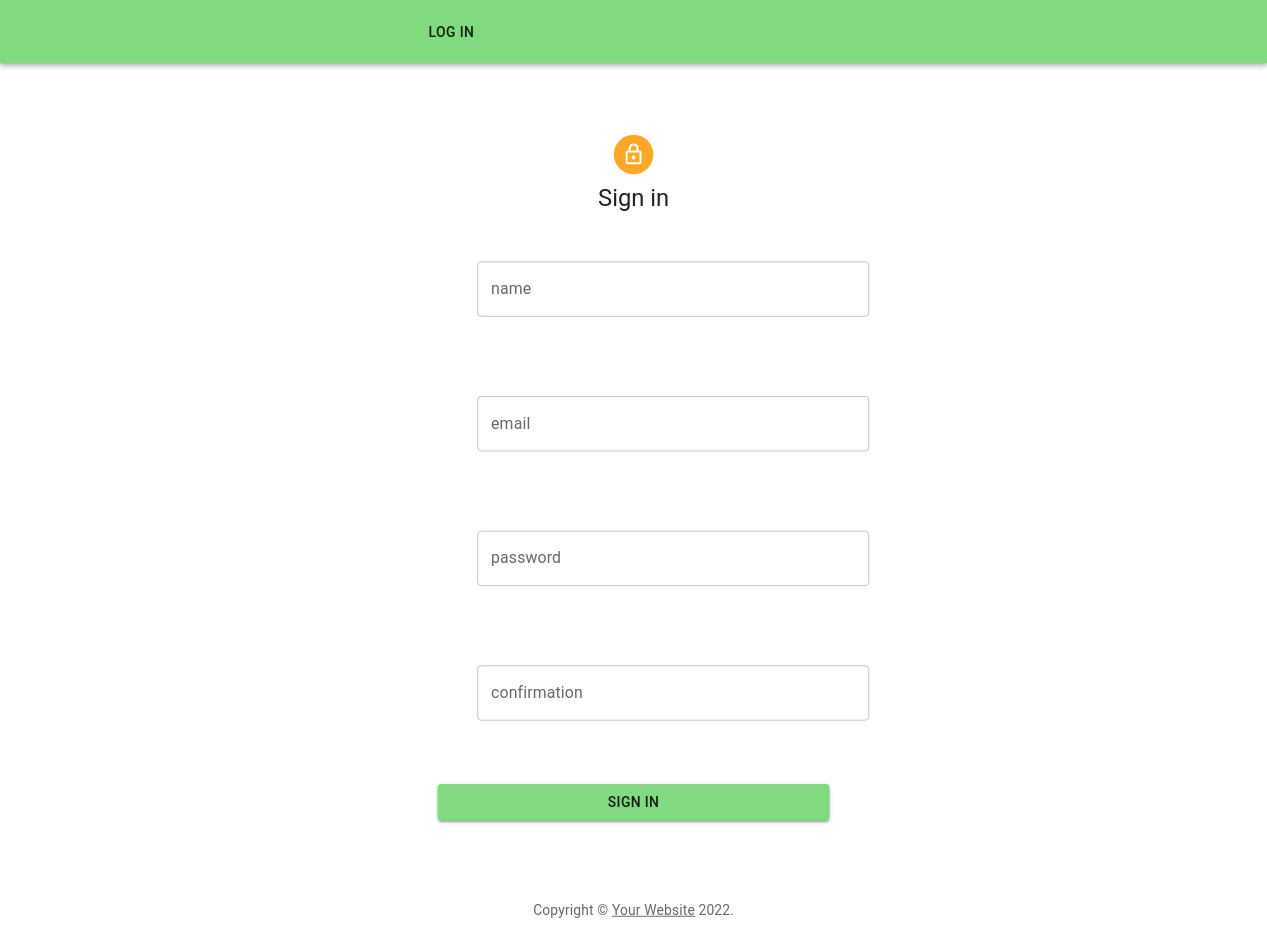
Repository: motohiro0410/motsufood
Page: /signin (app in frontend/)
An editor plug-in stored every save of this project. The page is shown before and after the next save, followed by the edit.
The browser window is 1280 px wide. The pictures show the whole page, at 99% of full size.
The project was rebuilt for these pictures with package versions that can differ from the ones it lists, and the page was loaded fresh each time. Also part of the build but not shown: frontend/src/components/pages/Login.tsx, frontend/src/components/organisms/Footer.tsx, frontend/src/components/organisms/MainHeader.tsx, frontend/src/components/organisms/UserDetailModal.tsx, frontend/src/apis/useCreateCount.ts, frontend/src/components/pages/Count.tsx, frontend/src/components/pages/Money.tsx, frontend/src/components/organisms/GroupHeader.tsx and 8 more.

Above is the page before, as saved 2022-08-21 23:42:09.

### frontend/src/App.tsx
import { BrowserRouter } from "react-router-dom";

import { Router } from "./router/Router";
import { ThemeProvider } from '@mui/system';
import { theme } from './theme/theme';

import { AdapterDateFns } from '@mui/x-date-pickers/AdapterDateFns';
import { LocalizationProvider } from '@mui/x-date-pickers/LocalizationProvider';
import { HeaderProvider } from "./providers/HeaderProvider"

function App() {
  return (
    <LocalizationProvider dateAdapter={AdapterDateFns}>
      <ThemeProvider theme={theme}>
        <HeaderProvider>
          <BrowserRouter>
            <Router />
          </BrowserRouter>
        </HeaderProvider>
      </ThemeProvider>
    </LocalizationProvider>
  );
}

export default App;

### frontend/src/router/Router.tsx
import { FC, memo } from "react";
import { Switch, Route } from "react-router-dom";

import { Login } from "../components/pages/Login";
import { Count } from "../components/pages/Count";
import { Money } from "../components/pages/Money";
import { Users } from "../components/pages/Users";
import { SignIn } from "../components/pages/SignIn";
import { Page404 } from "../components/pages/Page404";
import { UserEdit } from "../components/pages/UserEdit"
import { InputFoodExpence } from "../components/pages/InputFoodExpence"

export const Router: FC = memo(() => {
  return (
    <Switch>
      <Route exact path="/">
        <Login />
      </Route>
      <Route path="/signin">
        <SignIn />
      </Route>
      <Route path="/users"
        render={({match})=>(
          <Switch>
            <Route exact path="/users" component={Users} />
            <Route path="/users/:id/edit" component={UserEdit} />
            <Route path="/users/:userId/count" component={Count} />
            <Route path="/users/:userId/money" component={Money} />
            <Route path="/users/:userId/input" component={InputFoodExpence} />
          </Switch>
        )}
      />
      <Route path="*">
        <Page404 />
      </Route>
    </Switch>
  )
})

### frontend/src/theme/theme.ts
import { createTheme } from "@mui/material"

export const theme = createTheme({
  palette: {
    primary: {
      main: "#81da7f"
    }
  }
});

### frontend/src/providers/HeaderProvider.tsx
import { createContext } from "react";

export const HeaderContext = createContext<Context[]>({} as Context[]);

export type Context = {
  title: string;
}

export const HeaderProvider = (props: any) => {
  const { children } = props;
  const contextName: Context[] = [
    {title: "ホーム"},
    {title: "食費入力"},
    {title: "支払い"},
    {title: "ユーザー編集"},
  ]



  return (
    <HeaderContext.Provider value={contextName}>
      {children}
    </HeaderContext.Provider>
  )
}

### frontend/src/components/pages/SignIn.tsx
import { useState } from 'react';

import Box from '@mui/material/Box';
import Button from '@mui/material/Button';
import Avatar from '@mui/material/Avatar';
import CssBaseline from '@mui/material/CssBaseline';
import TextField from '@mui/material/TextField';
import Link from '@mui/material/Link';
import LockOutlinedIcon from '@mui/icons-material/LockOutlined';
import Typography from '@mui/material/Typography';
import Container from '@mui/material/Container';
import InputLabel from '@mui/material/InputLabel';
import FormControl from '@mui/material/FormControl';
import OutlinedInput from '@mui/material/OutlinedInput';
import InputAdornment from '@mui/material/InputAdornment';

import { SignInHeader } from '../organisms/SignInHeader';
import { useCreateUser } from '../../apis/useCreateUser';

function Copyright(props: any) {
  return (
    <Typography variant="body2" color="text.secondary" align="center" {...props}>
      {'Copyright © '}
      <Link color="inherit" href="https://mui.com/">
        Your Website
      </Link>{' '}
      {new Date().getFullYear()}
      {'.'}
    </Typography>
  );
}

export const SignIn = () => {

  // ヘッダーボタンの出しわけ
  const [login, setLogin] = useState(false);

  const { handleSubmit, createUser } = useCreateUser();

  return (
      <>
        <SignInHeader login={login}/>
        <Container component="main" maxWidth="xs">
          <CssBaseline />
          <Box
            sx={{
              marginTop: 8,
              display: 'flex',
              flexDirection: 'column',
              alignItems: 'center',
            }}
          >
            <Avatar sx={{ m: 1, bgcolor: '#ffa726' }}>
              <LockOutlinedIcon />
            </Avatar>
            <Typography component="h1" variant="h5">
              Sign in
            </Typography>
            <Box component="form" onSubmit={handleSubmit} noValidate sx={{ mt: 1 }}>
              {/* <TextField
                margin="normal"
                required
                fullWidth
                id="name"
                label="name"
                name="name"
                autoComplete="name"
                autoFocus
              /> */}
              <FormControl fullWidth sx={{ m: 5 }}>
                <InputLabel htmlFor="outlined-adornment-amount">name</InputLabel>
                <OutlinedInput
                  id="outlined-adornment-amount"
                  label="name"
                  // value={}
                  // onChange={}
                  type="string"
                />
              </FormControl>
              <FormControl fullWidth sx={{ m: 5 }}>
                <InputLabel htmlFor="outlined-adornment-amount">email</InputLabel>
                <OutlinedInput
                  id="outlined-adornment-amount"
                  label="email"
                  // value={}
                  // onChange={}
                  type="string"
                />
              </FormControl>
              <FormControl fullWidth sx={{ m: 5 }}>
                <InputLabel htmlFor="outlined-adornment-amount">password</InputLabel>
                <OutlinedInput
                  id="outlined-adornment-amount"
                  label="password"
                  // value={}
                  // onChange={}
                  type="string"
                />
              </FormControl>
              <FormControl fullWidth sx={{ m: 5 }}>
                <InputLabel htmlFor="outlined-adornment-amount">confirmation</InputLabel>
                <OutlinedInput
                  id="outlined-adornment-amount"
                  label="confirmation"
                  // value={}
                  // onChange={}
                  type="string"
                />
              </FormControl>
              <Button
                type="submit"
                fullWidth
                variant="contained"
                sx={{ mt: 3, mb: 2 }}
                onClick={createUser}
              >
                sign In
              </Button>
            </Box>
          </Box>
          <Copyright sx={{ mt: 8, mb: 4 }} />
        </Container>
     </>
  );
}

### frontend/src/components/organisms/SignInHeader.tsx
import { FC } from "react";
import {useHistory} from "react-router-dom";

import AppBar from '@mui/material/AppBar';
import Box from '@mui/material/Box';
import Toolbar from '@mui/material/Toolbar';
import Button from '@mui/material/Button';

type Props = {
  login: boolean;
}

export const SignInHeader: FC<Props> = (props) => {

  const history = useHistory();
  const onClickSignIn = () => history.push("/signin")
  const onClickLogIn = () => history.push("/")

  const { login } = props;

  return login?(
    <Box>
      <AppBar position="static" >
        <Toolbar sx={{ ml: 50 }}>
          <Button variant="text" color="inherit" onClick={onClickSignIn}>Sign in</Button>
        </Toolbar>
      </AppBar>
    </Box>
  ) : (
    <Box>
      <AppBar position="static" >
       <Toolbar sx={{ ml: 50 }}>
         <Button variant="text" color="inherit" onClick={onClickLogIn}>Log in</Button>
        </Toolbar>
      </AppBar>
    </Box>
  )
}

### frontend/src/apis/useCreateUser.tsx
import axios from 'axios';
import { useCallback, useState } from 'react';
import { useHistory } from 'react-router-dom';

import { userCreate } from '../urls/Url'
import { User } from '../types/Types'


export const useCreateUser = () => {

  const [data, setData] = useState({});

  const handleSubmit = (event: React.FormEvent<HTMLFormElement>) => {
    event.preventDefault();
    const data = new FormData(event.currentTarget);
    console.log (data)
    setData(data);
    // console.log({
    //   email: data.get('email'),
    //   password: data.get('password'),
    // })
  };

  const [loading, setLoading] = useState(false)
  const [user, setUser] = useState<User>({} as User)

  const history = useHistory();

  const createUser = useCallback(() => {
    setLoading(true)
    axios.post<User>(userCreate)
      .then(res => {
        console.log(res.data)
        // setUser(res.data)
        history.push("/users")
      })
      // 本来はバリデーションエラーメッセージなどを表示
      .catch((e) => alert("ユーザー作成に失敗しました")
      )
      .finally(() => setLoading(false))
    }, []);

    return { handleSubmit, createUser, setLoading, loading, user }
}

### frontend/src/urls/Url.ts
export const DEFAULT_API_LOCALHOST = 'http://localhost:3000/api/v1'

export const usersIndex = `${DEFAULT_API_LOCALHOST}/users`
export const userEdit = (id: string) => `${DEFAULT_API_LOCALHOST}/users/${id}/edit`
export const userDestroy = (id: string) => `${DEFAULT_API_LOCALHOST}/users/${id}`
export const userCreate = `${DEFAULT_API_LOCALHOST}/users`
export const userUpdate = (id: string) => `${DEFAULT_API_LOCALHOST}/users/${id}`
export const moneyCreate = (userId: number) => `${DEFAULT_API_LOCALHOST}/users/${userId}/money`
export const notEatingCountCreate = (userId: number) => `${DEFAULT_API_LOCALHOST}/users/${userId}/count`
export const inputCreate = (userId: number) => `${DEFAULT_API_LOCALHOST}/users/${userId}/input`

Loaded but not shown: frontend/public/index.html (common file); frontend/src/index.tsx (common file); frontend/src/index.css (common file); frontend/src/reportWebVitals.ts (common file)

After the next save:
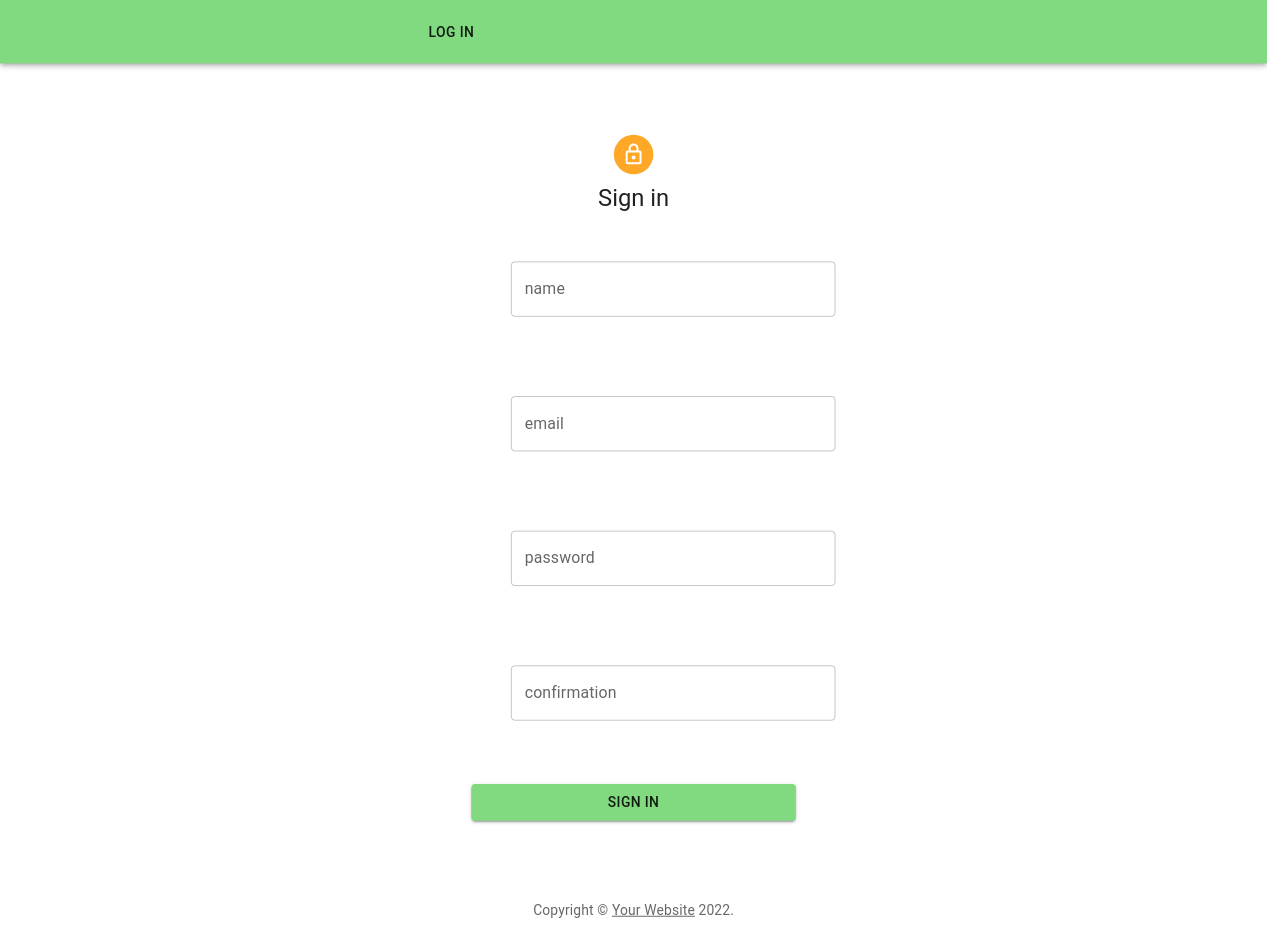
Saved 91 s later.
--- a/frontend/src/components/pages/SignIn.tsx
+++ b/frontend/src/components/pages/SignIn.tsx
@@ -4,6 +4,7 @@ import Box from '@mui/material/Box';
 import Button from '@mui/material/Button';
 import Avatar from '@mui/material/Avatar';
 import CssBaseline from '@mui/material/CssBaseline';
+import Stack from '@mui/material/Stack';
 import TextField from '@mui/material/TextField';
 import Link from '@mui/material/Link';
 import LockOutlinedIcon from '@mui/icons-material/LockOutlined';
@@ -56,7 +57,7 @@ export const SignIn = () => {
             <Typography component="h1" variant="h5">
               Sign in
             </Typography>
-            <Box component="form" onSubmit={handleSubmit} noValidate sx={{ mt: 1 }}>
+            <Stack component="form" onSubmit={handleSubmit} noValidate sx={{ mt: 1 }}>
               {/* <TextField
                 margin="normal"
                 required
@@ -116,7 +117,7 @@ export const SignIn = () => {
               >
                 sign In
               </Button>
-            </Box>
+            </Stack>
           </Box>
           <Copyright sx={{ mt: 8, mb: 4 }} />
         </Container>
